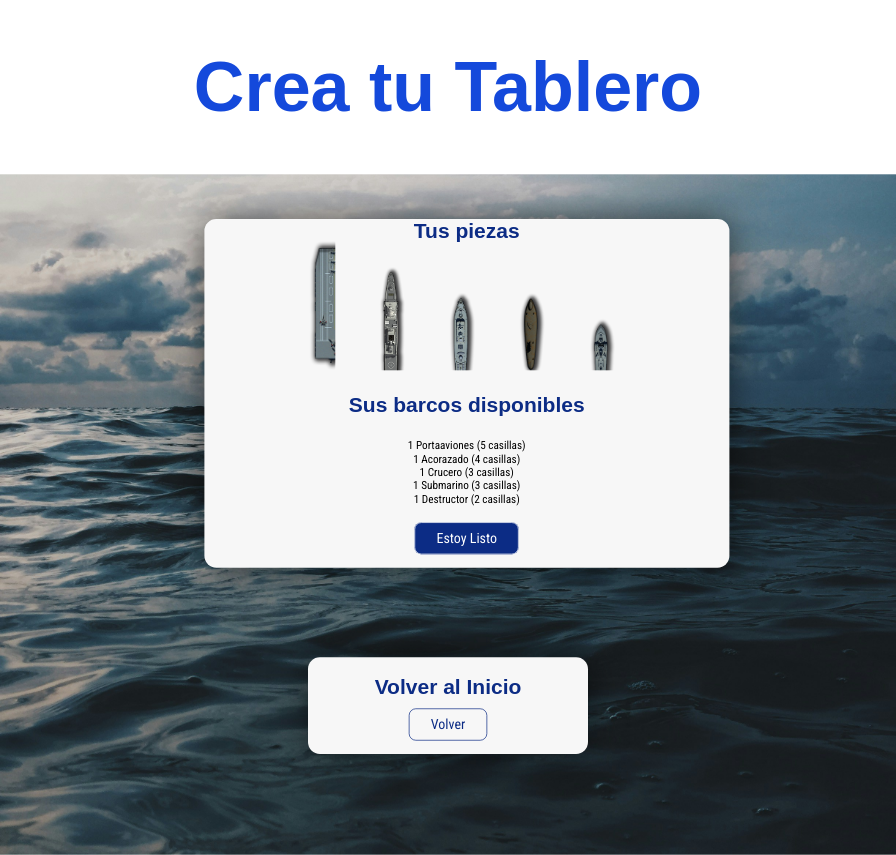
Repository: alfredorndon/taller-web-grupal
Page: client/tablero-barcos.html
These files come from the project's save history. The page is drawn as it stood at one moment and after the next save; the edit follows.
The browser window is 1280 px wide. The pictures show the part of the page from y = 0 to 1920 px (the page is 1221 px tall before and 5200 px after), at 70% of full size.
Some web fonts or font styles are not loaded; a fallback is used.

Above is the page before, as saved 2024-12-11 16:19:58.

After the next save:
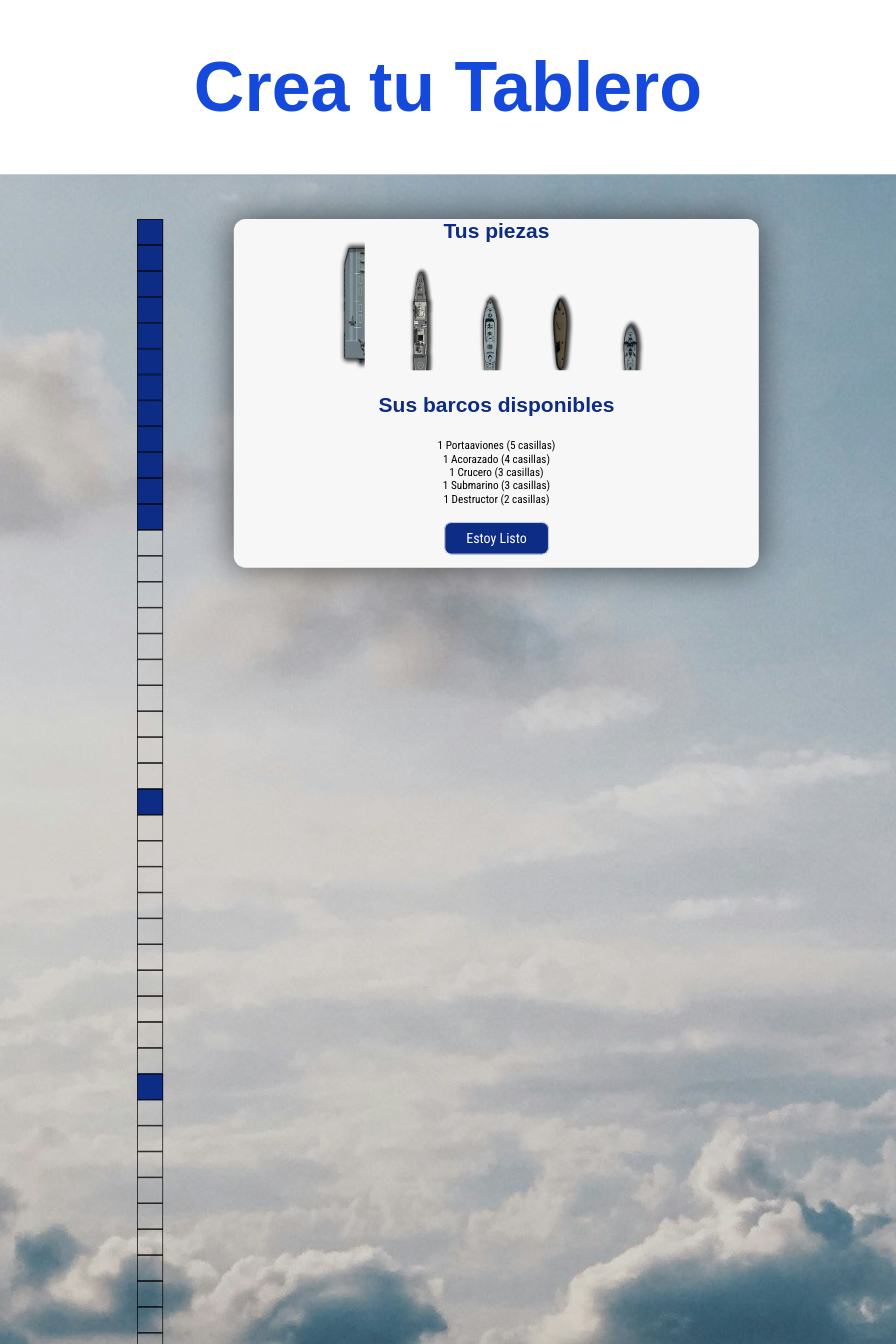
Saved 84 s later.
--- a/client/script/script.js
+++ b/client/script/script.js
@@ -31,7 +31,8 @@ function crearTablero ()
                 }
             }
         }
-
+        let section = document.getElementById('tableros');
+        section.prepend(tablero);
     }
 }
 
